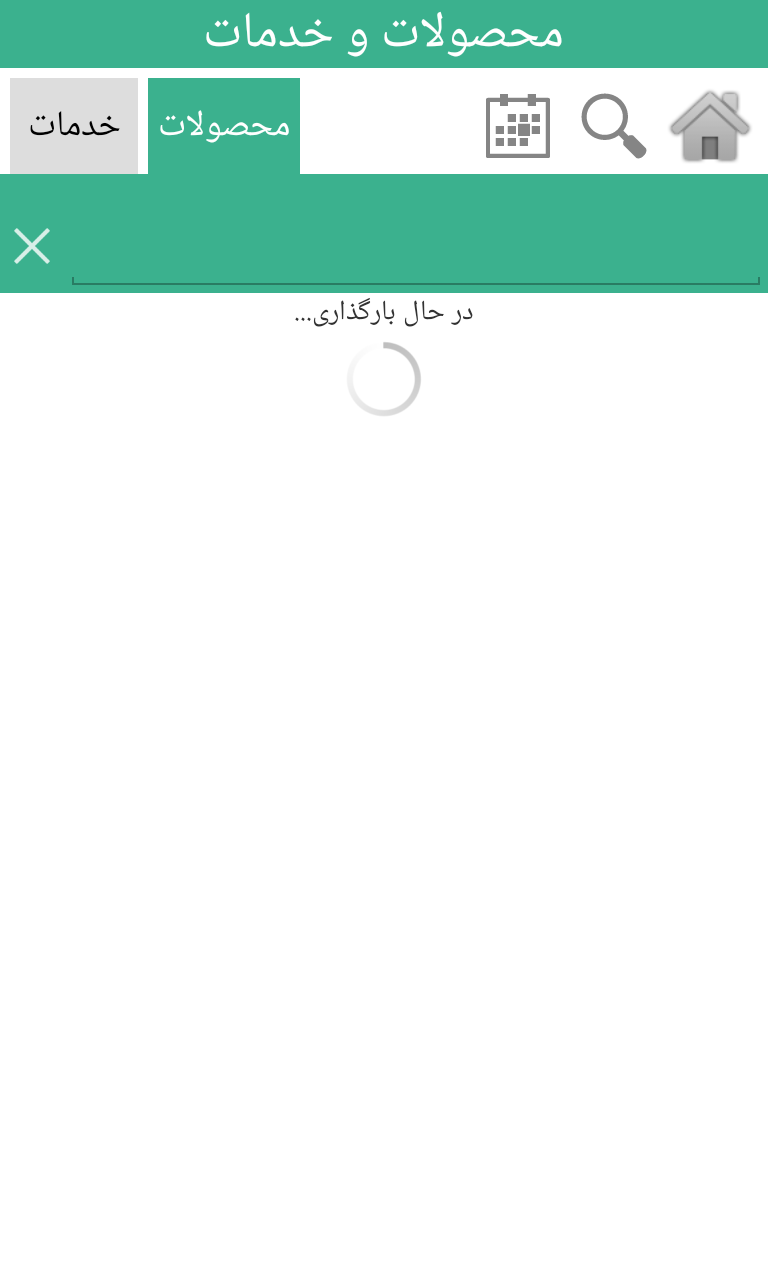
Repository: AtiehPardaz/CRM-Mobile
Layout: Crm-Mobile/res/layout/activity_product_services.xml
These files come from the project's save history. The layout is drawn as it stood at one moment and after the next save; the edit follows.
It is drawn on a 768 x 1280 px phone screen (xhdpi) without system bars, with theme android:Theme.Holo.Light.NoActionBar.Fullscreen; the app's code is not run. Lists and similar views that code fills are empty.

Above is the layout before, as saved 2015-02-21 14:53:51.

After the next save:
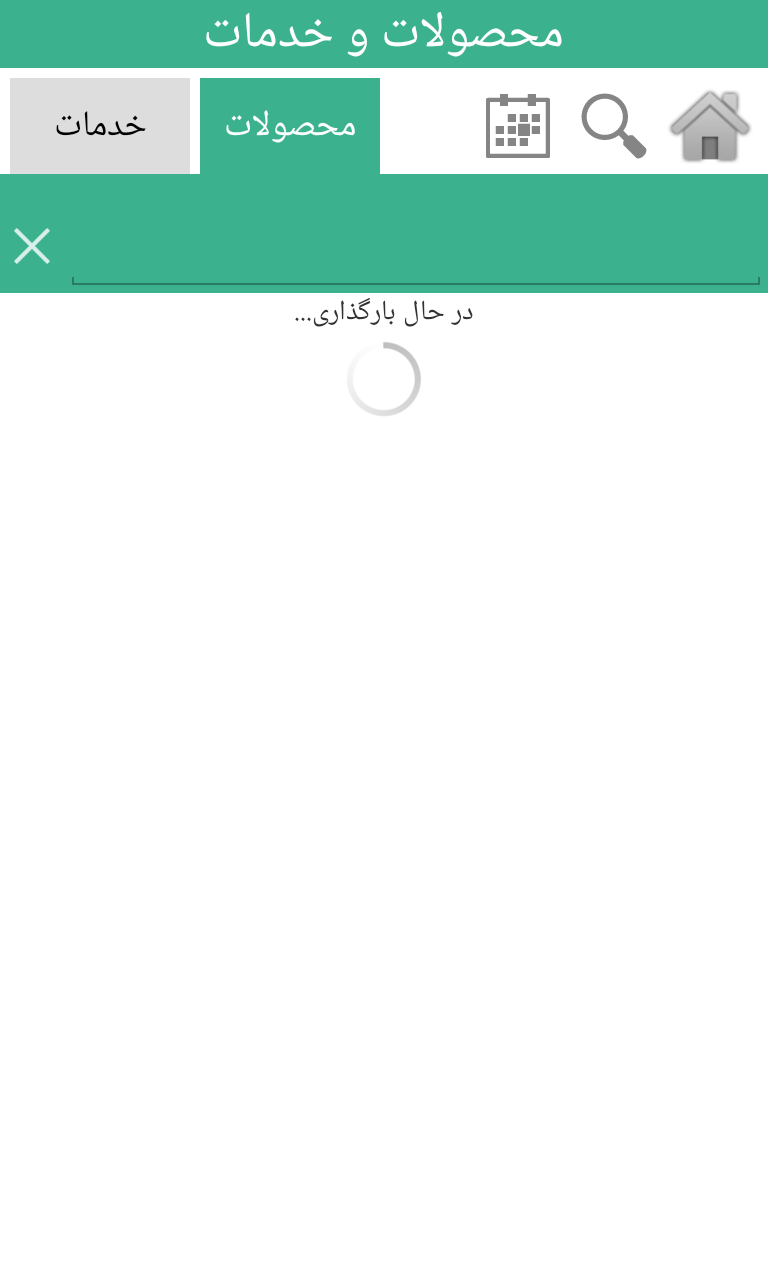
Saved 6 min 18 s later.
--- a/Crm-Mobile/res/layout/activity_product_services.xml
+++ b/Crm-Mobile/res/layout/activity_product_services.xml
@@ -36,7 +36,7 @@
 
         <Button
             android:id="@+id/btn_servisec_productservices"
-            android:layout_width="wrap_content"
+            android:layout_width="90dp"
             android:layout_height="wrap_content"
             android:layout_gravity="left"
             android:layout_marginLeft="5dp"
@@ -48,7 +48,7 @@
 
         <Button
             android:id="@+id/btn_product_productservices"
-            android:layout_width="wrap_content"
+            android:layout_width="90dp"
             android:layout_height="wrap_content"
             android:layout_gravity="left"
             android:background="@color/bg_action_green"
